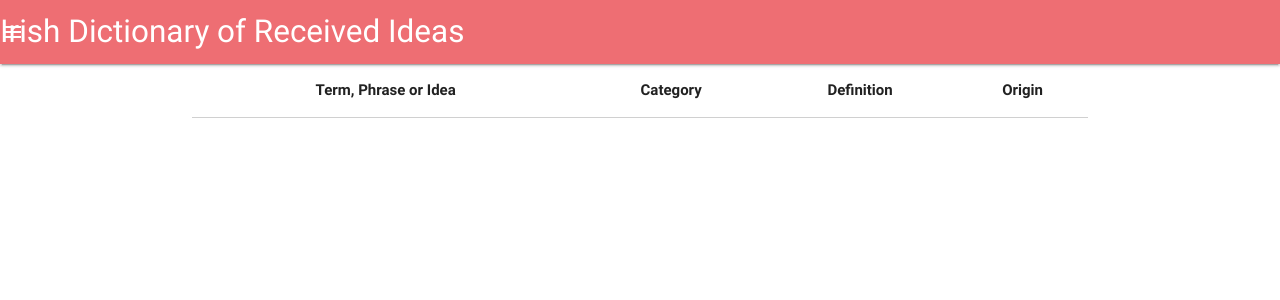
Repository: kalkiboru111/irish-dictionary-of-received-ideas
Page: http://localhost/
The author's editor kept a record of every edit. The page is drawn from the files as they stood at one moment, then again after the next edit.
The browser window is 1280 px wide. The pictures show the whole page.
Some web libraries are served in a nearby version. The page is served by the project's application, run on Flask 3 (app.py). Queries for data that is not in the repository find no rows.

Above is the page before.
Console error: TypeError: $(...).formSelect is not a function

### templates/terms.html

{% extends 'base.html' %}
{% block content %}

    <table class="highlight centered responsive-table">
        <thead>
          <tr>
              <th>Term, Phrase or Idea</th>
              <th>Category</th>
              <th>Definition</th>
              <th>Origin</th>
          </tr>
        </thead>
        <tbody>
        {% for term in terms %}
          <tr>
            <td>{{term.term_name}}</td>
            <td>{{term.term_category}}</td>
            <td>{{term.term_definition}}</td>
            <td>{{term.term_origin}}</td>
          </tr>
         {% endfor %}
        </tbody>
    </table>

{% endblock %}

### templates/base.html
<!DOCTYPE html>
<html>

<head>
    <link href="https://fonts.googleapis.com/icon?family=Material+Icons" rel="stylesheet">
    <link rel="stylesheet" href="https://cdnjs.cloudflare.com/ajax/libs/materialize/0.100.2/css/materialize.min.css">
    <link rel="stylesheet" href="{{url_for('static', filename='css/style.css')}}" type="text/css" />
</head>

<body>
    <header>
        <nav>
            <div class="nav-wrapper">
                <a href="{{url_for('get_terms')}}" class="brand-logo">Irish Dictionary of Received Ideas</a>
                <a href="#" data-target="mobile-demo" class="sidenav-trigger"><i class="material-icons">menu</i></a>
                <ul class="right hide-on-med-and-down">
                    <li><a href="{{url_for('get_terms')}}">Home</a></li>
                    <li><a href="{{url_for('add_term')}}">Add Term</a></li>
                </ul>
                <ul class="sidenav" id="mobile-demo">
                    <li><a href="{{url_for('get_terms')}}">Home</a></li>
                    <li><a href="{{url_for('add_term')}}">Add Term</a></li>
                </ul>
            </div>
        </nav>
    </header>
    <div class="container">
        {% block content %} {% endblock %}
    </div>
    <script src="https://cdnjs.cloudflare.com/ajax/libs/jquery/3.2.1/jquery.min.js"></script>
    <script src="https://cdnjs.cloudflare.com/ajax/libs/materialize/0.100.2/js/materialize.min.js"></script>
    <script type="text/javascript">
        $(document).ready(function() {
            $('select').formSelect();
            $('.sidenav').sidenav();

        });
    </script>

</body>

</html>

### app.py
import os
from flask import Flask, render_template, redirect, request, url_for
from flask_pymongo import PyMongo
from bson.objectid import ObjectId

app = Flask(__name__)

app.config['MONGO_DBNAME'] = 'irish_dictionary'
app.config["MONGO_URI"] = os.getenv("MONGO_URI")

mongo = PyMongo(app)

@app.route('/')

# View directs user to terms page
@app.route('/get_terms')
def get_terms():
    return render_template("terms.html",
    terms=mongo.db.terms.find())

@app.route('/add_term')
def add_term():
    return render_template("add_term.html",
    categories=mongo.db.categories.find())

@app.route('/insert_term', methods=['POST'])
def insert_term():
    terms = mongo.db.terms
    terms.insert_one(request.form.to_dict())
    return redirect(url_for('get_terms'))

@app.route('/edit_term/<term_id>')
def editterm(term_id):
    the_term =  mongo.db.terms.find_one({"_id": ObjectId(term_id)})
    all_categories =  mongo.db.categories.find()
    return render_template('editterm.html', term=the_term,
                           categories=all_categories)

@app.route('/update_term/<term_id>', methods=['POST'])
def update_term(term_id):
    terms = mongo.db.terms
    terms.update( {"_id": ObjectId(term_id)},
    {   'term_name':request.form.get('term_name'),
        'category_name':request.form.get('category_name'),
        'term_definition': request.form.get('term_definition'),
        'term_origin':request.form.get('term_origin')
    })
    return redirect(url_for('get_terms'))

@app.route('/delete_term/<term_id>')
def delete_term(term_id):
    mongo.db.terms.remove({"_id": ObjectId(term_id)})
    return redirect(url_for('get_terms'))

if __name__ == '__main__':
    app.run(host=os.environ.get('IP'),
            port=int(os.environ.get('PORT')),
            debug=True)

### static/css/style.css
/* body {
    background-color: red;
} */

After the next edit:
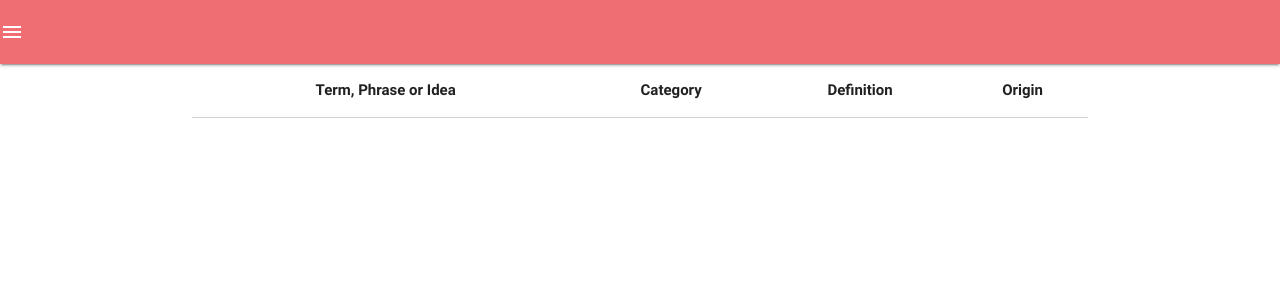
The edit:
--- a/templates/base.html
+++ b/templates/base.html
@@ -11,7 +11,7 @@
     <header>
         <nav>
             <div class="nav-wrapper">
-                <a href="{{url_for('get_terms')}}" class="brand-logo">Irish Dictionary of Received Ideas</a>
+
                 <a href="#" data-target="mobile-demo" class="sidenav-trigger"><i class="material-icons">menu</i></a>
                 <ul class="right hide-on-med-and-down">
                     <li><a href="{{url_for('get_terms')}}">Home</a></li>
